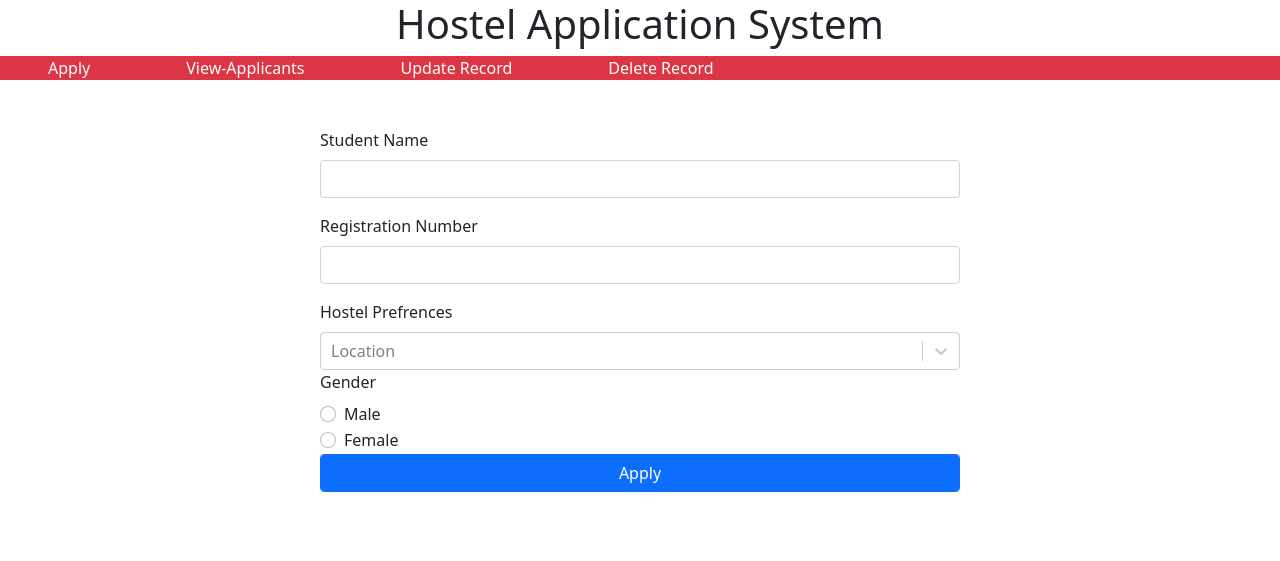
Repository: SaudCh/lab-final
Page: /hostelApplicants
These files come from the project's save history. The page is drawn as it stood at one moment and after a run of saves; the edit follows.
The browser window is 1280 px wide. The pictures show the whole page.
The project was rebuilt for these pictures with package versions that can differ from the ones it lists, and the page was loaded fresh each time. Also part of the build but not shown: src/components/ViewApplicant.jsx, src/components/UpdateRecord.jsx, src/components/DeleteRecord.jsx.

Above is the page before, as saved 2022-01-01 13:56:12.

After the next 3 saves:
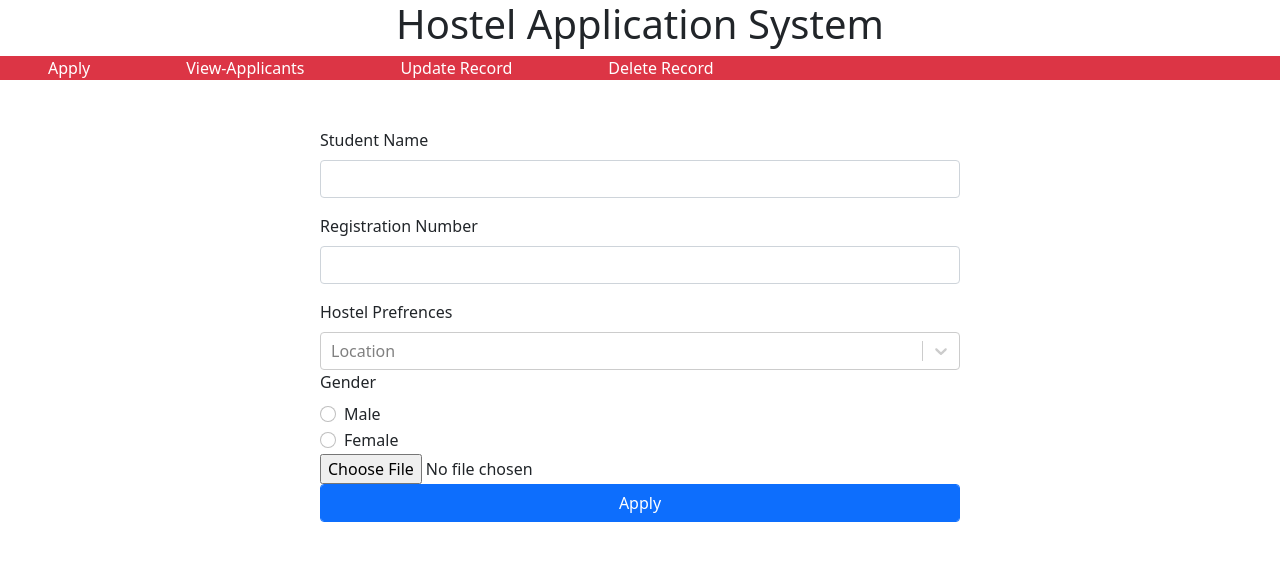
The 3 saves are shown as one change because 2 did not build or start.
The last was saved 2 min 51 s later.
--- a/src/components/AddApplicant.jsx
+++ b/src/components/AddApplicant.jsx
@@ -4,12 +4,20 @@ import LiveSearch from "./LiveSearch";
 import { getHostels } from "./data";
 const AddApplicant = () => {
   const hostels = getHostels();
+
   const [studentName, setStudentName] = useState("");
   const [registrationNumber, setRegistrationNumber] = useState("");
   const [pref, setPref] = useState();
   const [gender, setGender] = useState();
+  const [file, setFile] = useState();
 
   const [message, setMessage] = useState();
+
+  const handleChange = (e) => {
+    if (e.target.files && e.target.files.length === 1) {
+      setFile(e.target.files[0]);
+    }
+  };
 
   const addDetails = async (e) => {
     e.preventDefault();
@@ -99,6 +107,10 @@ const AddApplicant = () => {
           </div>
         </div>
 
+        <div>
+          <input type="file" accept=".jpg,.png,.jpeg" onChange={handleChange} />
+        </div>
+
         <button
           className="btn btn-primary form-control"
           onClick={(e) => addDetails(e)}
